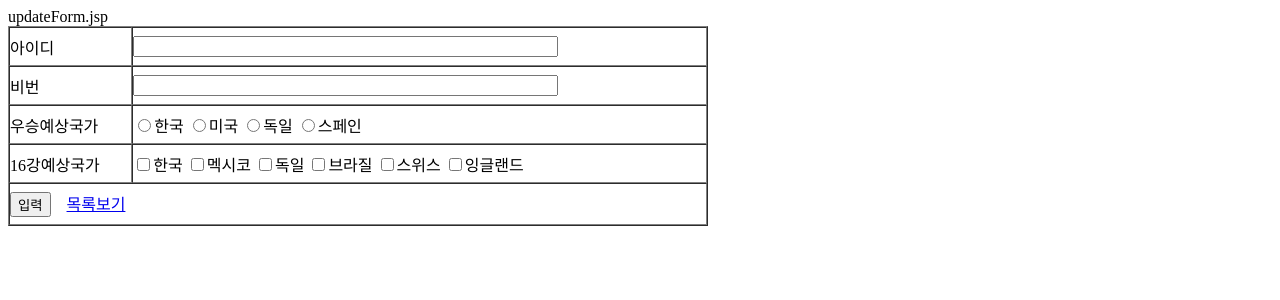
Repository: ChanhoPark-s/academyStudy
Page: http://localhost/12_DB_Football/updateForm
An editor plug-in stored every save of this project. The page is shown before and after the next save, followed by the edit.
The browser window is 1280 px wide. The pictures show the whole page.
The page is served by Tomcat 9. Queries for data that is not in the repository find no rows.

Above is the page before, as saved 2022-08-22 05:46:05.

After the next save:
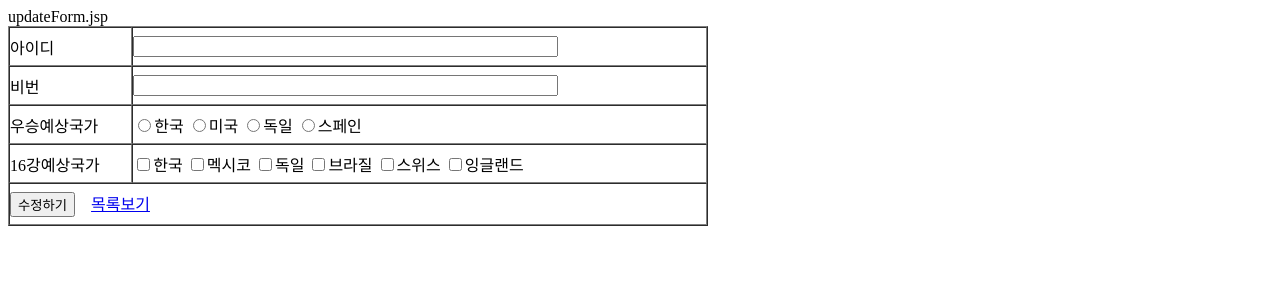
Saved 71 s later.
--- a/12_DB_Football/src/main/webapp/WEB-INF/views/updateForm.jsp
+++ b/12_DB_Football/src/main/webapp/WEB-INF/views/updateForm.jsp
@@ -36,7 +36,7 @@ updateForm.jsp<br>
 			</tr>
 			<tr>
 				<td colspan="2">
-					<input type="submit" value="입력">
+					<input type="submit" value="수정하기">
 					&nbsp;&nbsp;
 					<a href="list">목록보기</a>
 				</td>
